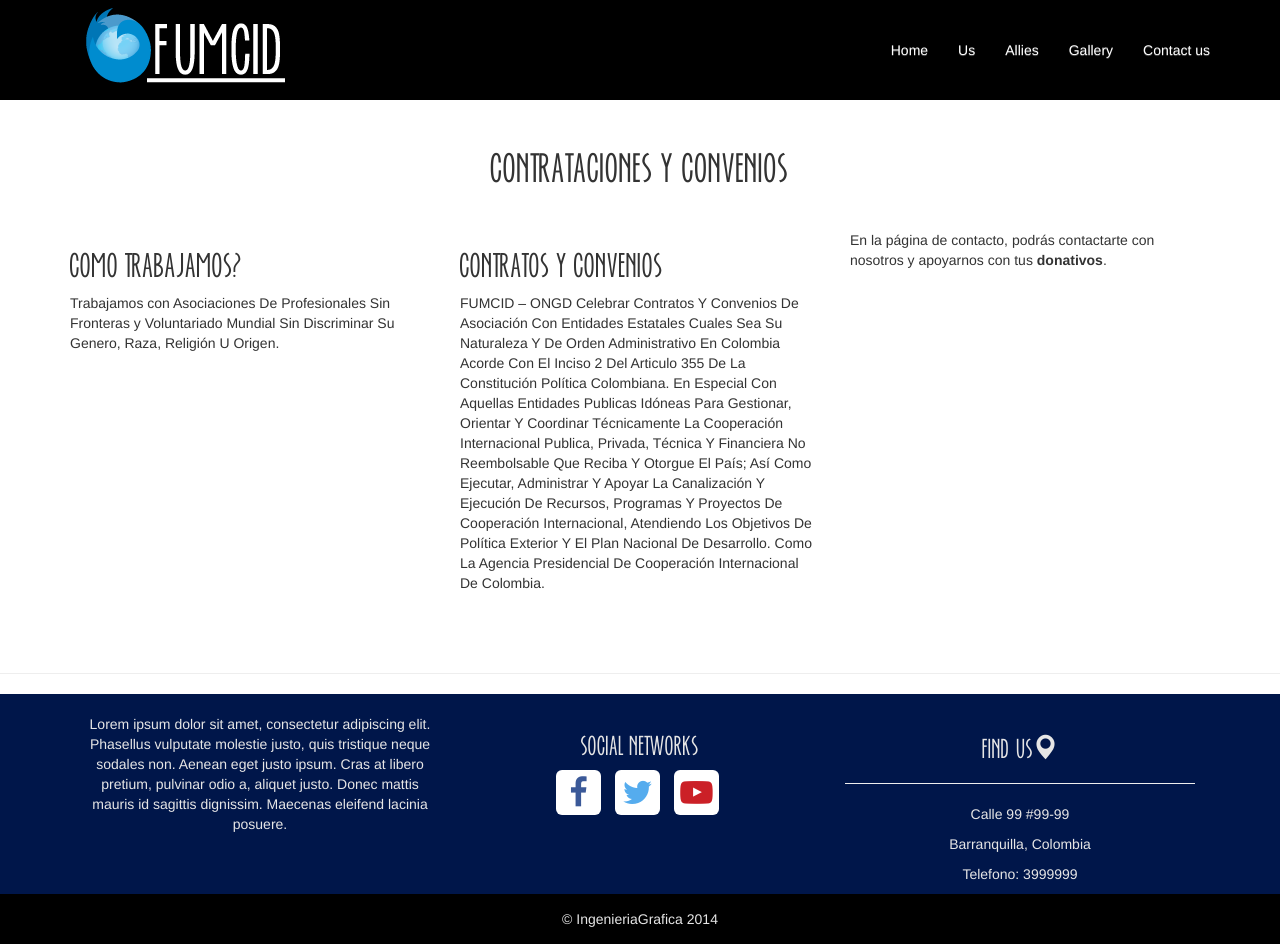
Repository: aarguelles93/Prototipo-portal-FUMCID
Page: http://localhost/contrataciones.php
The author's editor kept a record of every edit. The page is drawn from the files as they stood at one moment, then again after the next edit.
The browser window is 1280 px wide. The pictures show the whole page.
Some web libraries are served in a nearby version. The page is run by PHP 8.4 with error messages shown; the project is at /var/www/html/. Other server files are loaded and not shown.

Above is the page before.

### contrataciones.php
<?php $active_page = 99; //!!! ?>
<!DOCTYPE html>
<!--[if lt IE 7]>      <html class="no-js lt-ie9 lt-ie8 lt-ie7"> <![endif]-->
<!--[if IE 7]>         <html class="no-js lt-ie9 lt-ie8"> <![endif]-->
<!--[if IE 8]>         <html class="no-js lt-ie9"> <![endif]-->
<!--[if gt IE 8]><!--> <html class="no-js"> <!--<![endif]-->
    <?php require_once('_php/templates/head.php'); ?>
    <body>
        <!--[if lt IE 7]>
            <p class="browsehappy">You are using an <strong>outdated</strong> browser. Please <a href="http://browsehappy.com/">upgrade your browser</a> to improve your experience.</p>
        <![endif]-->
    <?php require_once('_php/templates/header.php'); ?>


    <div class="container">
        <div class="content-padded">
            <h1 class="text-center">Contrataciones y convenios</h1>
        </div>
    </div>

    <div class="container container-padded">
      <!-- Example row of columns -->
      <div class="row">
        <div class="col-md-4">
          <h2>Como trabajamos?</h2>
          <p>Trabajamos con Asociaciones De Profesionales Sin Fronteras y  Voluntariado Mundial Sin Discriminar Su Genero, Raza, Religión U Origen.</p>
        </div>
        <div class="col-md-4">
          <h2>Contratos y convenios</h2>
          <p>FUMCID – ONGD Celebrar Contratos Y Convenios De Asociación Con Entidades Estatales Cuales Sea Su Naturaleza Y De Orden Administrativo En Colombia Acorde Con El Inciso 2 Del Articulo 355 De La Constitución Política Colombiana. En Especial Con Aquellas Entidades Publicas Idóneas Para Gestionar, Orientar Y Coordinar Técnicamente La Cooperación Internacional Publica, Privada, Técnica Y Financiera No Reembolsable Que Reciba Y Otorgue El País; Así Como Ejecutar, Administrar Y Apoyar La Canalización Y Ejecución De Recursos, Programas Y Proyectos De Cooperación Internacional, Atendiendo Los Objetivos De Política Exterior Y El Plan Nacional De Desarrollo. Como La Agencia Presidencial De Cooperación Internacional De Colombia.</p>
       </div>
        <div class="col-md-4">
          <p>En la página de contacto, podrás contactarte con nosotros y apoyarnos con tus <strong>donativos</strong>.</p>

        </div>
      </div>
    </div> <!-- /container -->

    <hr>

    <?php
    require_once ($_SERVER['DOCUMENT_ROOT'].'/_php/templates/footer.php');
    ?>


    <script src="//ajax.googleapis.com/ajax/libs/jquery/1.11.1/jquery.js"></script>
        <script>window.jQuery || document.write('<script src="js/vendor/jquery-1.11.1.js"><\/script>')</script>

        <script src="js/vendor/bootstrap.js"></script>

        <script src="js/main.js"></script>

        <!-- Google Analytics: change UA-XXXXX-X to be your site's ID. -->
        <script>
            (function(b,o,i,l,e,r){b.GoogleAnalyticsObject=l;b[l]||(b[l]=
            function(){(b[l].q=b[l].q||[]).push(arguments)});b[l].l=+new Date;
            e=o.createElement(i);r=o.getElementsByTagName(i)[0];
            e.src='//www.google-analytics.com/analytics.js';
            r.parentNode.insertBefore(e,r)}(window,document,'script','ga'));
            ga('create','UA-XXXXX-X');ga('send','pageview');
        </script>


    </body>
</html>

### _php/templates/head.php
<?php
session_start();
require ($_SERVER['DOCUMENT_ROOT'].'/_php/languages/langSelector.php');
?>
<head>
    <meta charset="utf-8">
    <meta http-equiv="X-UA-Compatible" content="IE=edge,chrome=1">
    <title>FUMCID
    <?php
    switch($active_page){
        case 0:
            print(' - ' . NAVBAR_HOME);
            break;
        case 1:
            print(' - ' . NAVBAR_US);
            break;
        case 2:
            print(' - ' . NAVBAR_ALLIES);
            break;
        case 3:
            print(' - ' . NAVBAR_GALLERY);
            break;
        case 4:
            print(' - ' . NAVBAR_CONTACT);
            break;
        default:
            break;
    }
    ?></title>
    <meta name="description" content="">
    <meta name="viewport" content="width=device-width, initial-scale=1">
    <link rel="icon" type="image/ico" href="favicon.ico"/>

    <link rel="stylesheet" href="/css/bootstrap.css">
    <style>
        body {
            padding-top: 100px;

        }
    </style>
    <link rel="stylesheet" href="/css/bootstrap-theme.css">
    <link href="//maxcdn.bootstrapcdn.com/font-awesome/4.2.0/css/font-awesome.min.css" rel="stylesheet">
    <link rel="stylesheet" href="/css/bootstrap-social.css">
    <link rel="stylesheet" href="/css/main.css">

    <script src="/js/vendor/modernizr-2.6.2-respond-1.1.0.min.js"></script>
</head>

### _php/languages/langSelector.php
<?php
function setLanguage(){
    if (isset($_GET['lang'])){
        // Else, use the GET var for LANG, and then set the SESSION var
        if($_GET['lang']=='pt'){
            require('pt.php');
            $_SESSION['lang']='pt';
        }elseif($_GET['lang']=='es'){
            require('es.php');
            $_SESSION['lang']='es';
        }else{
            require('en.php');
            $_SESSION['lang']='en';
        }
    }
    elseif(isset($_SESSION['lang'])){
        //  First, if lang is set on a SESSION Var, use it
        if($_SESSION['lang']== 'pt'){
            require('pt.php');
        }elseif($_SESSION['lang']=='es'){
            require('es.php');
        }else{
            require('en.php');
        }
    }else{
        // If none of the above are set, work with default english lang
        require('en.php');
    }

}

setLanguage();

?>

### _php/languages/en.php
<?php
//Navbar Headers
define('NAVBAR_HOME','Home');
define('NAVBAR_US','Us');
define('NAVBAR_US_WHO','Who are we?');
define('NAVBAR_US_MISSION','Mission');
define('NAVBAR_US_VISION','Vision');
define('NAVBAR_US_OBJECTIVES','Objectives');
define('NAVBAR_ALLIES','Allies');
define('NAVBAR_GALLERY', 'Gallery');
define('NAVBAR_CONTACT', 'Contact us');

//Footer Headers
define('FOOTER_SOCIAL','Social Networks');
define('FOOTER_CONTACT','Find us');
?>

### _php/templates/header.php
<div class="navbar navbar-custom navbar-fixed-top" role="navigation">
  <div class="container">
    <div class="navbar-header">
      <button type="button" class="navbar-toggle" data-toggle="collapse" data-target=".navbar-collapse">
        <span class="glyphicon glyphicon-list" aria-hidden="true"></span>
      </button>
      <a class="navbar-brand" href="/"><img alt="Brand" src="/img/fumcid-icon.png"></a>
    </div>
    <div  id="spyied"  class="navbar-collapse collapse">
      <ul class="nav navbar-nav navbar-right">

        <?php

        $pages[0] = '<a href="/home.php">' . NAVBAR_HOME . '</a>';
        //page1
        $pages[1]='<a href="/nosotros/" class="dropdown-toggle" data-toggle="dropdown" role="button" aria-expanded="false">' . NAVBAR_US . '</a>
          <ul class="dropdown-menu" role="menu">
            <li><a href="/nosotros.php#quienes" data-target="#quienes">' . NAVBAR_US_WHO . '</a></li>
            <li><a href="/nosotros.php#mision" data-target="#mision">'. NAVBAR_US_MISSION .'</a></li>
            <li><a href="/nosotros.php#vision" data-target="#vision">'. NAVBAR_US_VISION .'</a></li>
          </ul>';
        $pages[2] = '<a href="/aliados.php">'.NAVBAR_ALLIES.'</a>';
        $pages[3] = '<a href="/galeria.php">'.NAVBAR_GALLERY.'</a>';
        $pages[4] = '<a href="/contactenos.php">'.NAVBAR_CONTACT.'</a>';

        $count = 0;
        foreach($pages as $page=>$content){
            if($count == 1){
                //en caso que $page sea la pag con dropdown
                $li_str = '<li class="dropdown">';
                if($page == $active_page){
                    $li_str = '<li class="dropdown active">';
                }
            }else{
                //en caso de que $page sea cualquier otra pag
                $li_str = '<li>';
                if($page == $active_page){
                    $li_str = '<li class="active">';
                }
            }
            $li_str .= $content.'</li>';
            print($li_str);

            //$count -> Indice de página actual. Sirve para identificar el dropdown
            $count = $count + 1;
        }
        ?>

      </ul>
    </div><!--/.navbar-collapse -->
  </div>
</div>

### _php/templates/footer.php

<footer class="text-center">
  <div class="footer-above">
    <div class="container">
      <div class="col-md-4">
        <p>Lorem ipsum dolor sit amet, consectetur adipiscing elit. Phasellus vulputate molestie justo, quis tristique neque sodales non. Aenean eget justo ipsum. Cras at libero pretium, pulvinar odio a, aliquet justo. Donec mattis mauris id sagittis dignissim. Maecenas eleifend lacinia posuere. </p>
      </div>
      <div class="col-md-4">
        <h3><?php print(FOOTER_SOCIAL); ?></h3>
        <ul class="list-inline">
          <li><a class="btn btn-social-icon btn-lg btn-facebook" href="https://www.facebook.com/fumcid" target="_blank"><i class="fa fa-facebook"></i></a></li>
          <li><a class="btn btn-social-icon btn-lg btn-twitter" href="https://twitter.com/fumcidongd" target="_blank"><i class="fa fa-twitter"></i></a></li>
          <li><a class="btn btn-social-icon btn-lg btn-pinterest"><i class="fa fa-youtube-play"></i></a></li>
        </ul>
      </div>
      <div class="col-md-4">
        <h3><?php print(FOOTER_CONTACT) ?><span class="glyphicon glyphicon-map-marker" aria-hidden="true"></span></h3>
        <hr>
        <p>Calle 99 #99-99</p>
        <p>Barranquilla, Colombia</p>
        <p>Telefono: 3999999</p>
      </div>
    </div>
  </div>
  <div class="footer-below">
    <p>&copy; IngenieriaGrafica 2014</p>
  </div>
</footer>

### css/main.css


/* ==========================================================================
   Author's custom styles
   ========================================================================== */
body{
   height:100%;
   position:relative;
}


@font-face {
    font-family: ever_afterregular;
    src: url("../fonts/ever_after_font/everafte-webfont.eot");
    src: url('../fonts/ever_after_font/everafte-webfont.eot?#iefix') format('embedded-opentype'),
         url('../fonts/ever_after_font/everafte-webfont.woff2') format('woff2'),
         url('../fonts/ever_after_font/everafte-webfont.woff') format('woff'),
         url('../fonts/ever_after_font/everafte-webfont.ttf') format('truetype'),
         url('../fonts/ever_after_font/everafte-webfont.svg#ever_afterregular') format('svg');

    font-weight: normal;
    font-style: normal;

}

h1, h2, h3, h4, h5, h6{
   font-family: ever_afterregular, Helvetica, Arial, sans-serif ;
   text-transform: uppercase;
}

.container-padded{
   padding-bottom:50px;
}

.navbar-custom{
   background-color:#000 !important;

   height:100px;
   padding-top:0px;
}
.navbar-brand{
   padding: 5px;
}
ul.navbar-right{
   padding-top:25px;
}
.navbar-toggle{
   background-color:#191919;
}
.navbar-collapse{
   background-color:black;
}
.navbar-custom a, .dropdown-menu > li > a{
   color: #FFF;
}
/*Navbar item seleccionado-activo*/
.navbar-custom .navbar-nav > .active {
   background-color:#008CCF ;
   border-radius:2px;
}
.navbar-custom .navbar-nav > .dropdown ul {
   background-color:#4A4B4C;
}

.nav > li > a:hover, .nav > li > a:focus, .dropdown-menu > li > a:hover,
.dropdown-menu > li > a:focus {
   background-color:#4A4A4A;
   border-radius:2px;

}

#header a{
   color:#FFFFFF;
}

/*Button properties*/
.btn-primary{
   background-color:#008CCF;
   background-image:none;
}
.btn{
   border:none;
}

#myCarousel{
   padding:0px;
}

#myCarousel img{
   width:100%;
}

.embed-responsive{
   margin-bottom: 5px;
   margin-top: 5px;
}

footer{
   background-color: #000;
   bottom:0;
   clear:both;
   min-height:250px;
   margin-bottom:-10px;

}
footer p, footer h3{
   color:#E6E6E6;
}

.footer-above{
   background-color: #00164A;
   min-height:200px;
   padding-top:20px;
}
.footer-below{
   min-height:50px;
   padding-top:15px;
}
.btn-twitter, .btn-facebook, .btn-pinterest{
   background-color: white;
}
.btn-facebook:hover{
   background-color: #3B5998;
}
.btn-twitter{
   color: #55ACEE;
}
.btn-facebook{
   color: #3B5998;
}
.btn-pinterest{
   color: #CB2027;
}
/* Aliados */

/* Nosotros */
.content-padded{
   padding-top:30px;
   padding-bottom:30px;
}
.nosotros-padded{
   padding-top:80px;
   padding-bottom:0px;
}
/* Contactenos */
#contactos{
   padding-top:20px;
   padding-bottom:20px;
   min-height:240px;
}
#contact-container{
   padding:40px 0px;
}
#contact-container button{
   padding:10px 30px;
}
textarea{
   resize:none;
}
#map-container{
   height: 100%;
}
#map-canvas{
 min-height:300px;
 height:100% !important;
}

Loaded but not shown: css/bootstrap.css (library); css/bootstrap-theme.css (library); css/bootstrap-social.css (library); js/main.js (no stored copy; drawn as an empty file)

After the next edit:
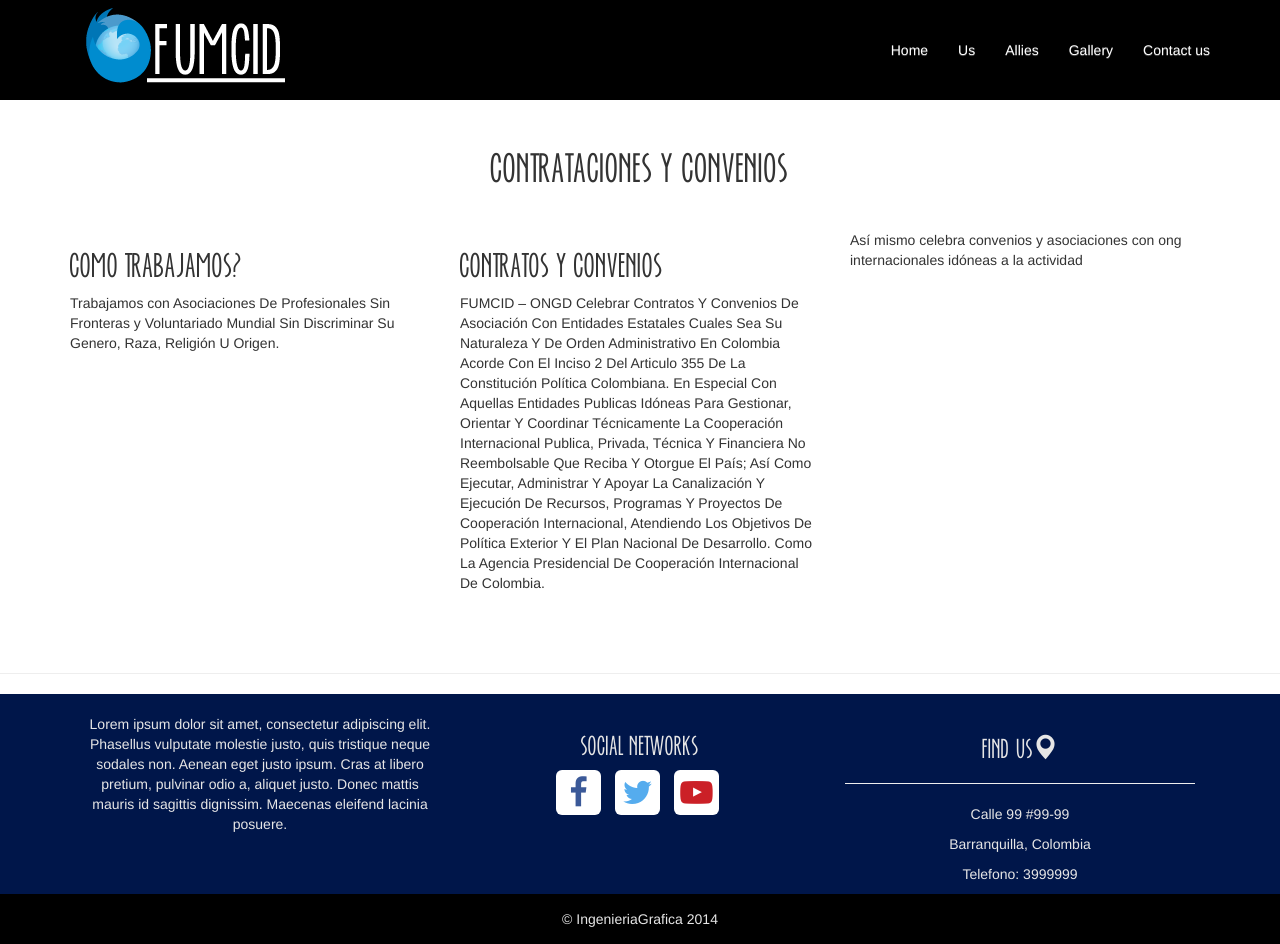
The edit:
--- a/contrataciones.php
+++ b/contrataciones.php
@@ -30,8 +30,7 @@
           <p>FUMCID – ONGD Celebrar Contratos Y Convenios De Asociación Con Entidades Estatales Cuales Sea Su Naturaleza Y De Orden Administrativo En Colombia Acorde Con El Inciso 2 Del Articulo 355 De La Constitución Política Colombiana. En Especial Con Aquellas Entidades Publicas Idóneas Para Gestionar, Orientar Y Coordinar Técnicamente La Cooperación Internacional Publica, Privada, Técnica Y Financiera No Reembolsable Que Reciba Y Otorgue El País; Así Como Ejecutar, Administrar Y Apoyar La Canalización Y Ejecución De Recursos, Programas Y Proyectos De Cooperación Internacional, Atendiendo Los Objetivos De Política Exterior Y El Plan Nacional De Desarrollo. Como La Agencia Presidencial De Cooperación Internacional De Colombia.</p>
        </div>
         <div class="col-md-4">
-          <p>En la página de contacto, podrás contactarte con nosotros y apoyarnos con tus <strong>donativos</strong>.</p>
-
+          <p>Así mismo celebra convenios y asociaciones con ong internacionales idóneas a la actividad</p>
         </div>
       </div>
     </div> <!-- /container -->
